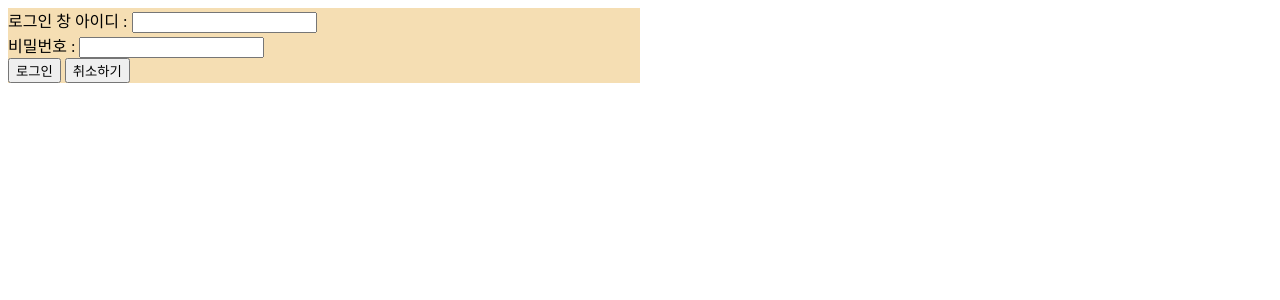
Repository: ineble/demo1
Page: http://localhost/test/hello2.jsp
The author's editor kept a copy of each file at every save. The page is drawn from the files as they stood at one save, then again after the next save.
The browser window is 1280 px wide. The pictures show the whole page.
The page is served by Tomcat 10.

Above is the page before, as saved 2022-08-03 08:38:35.

After the next save:
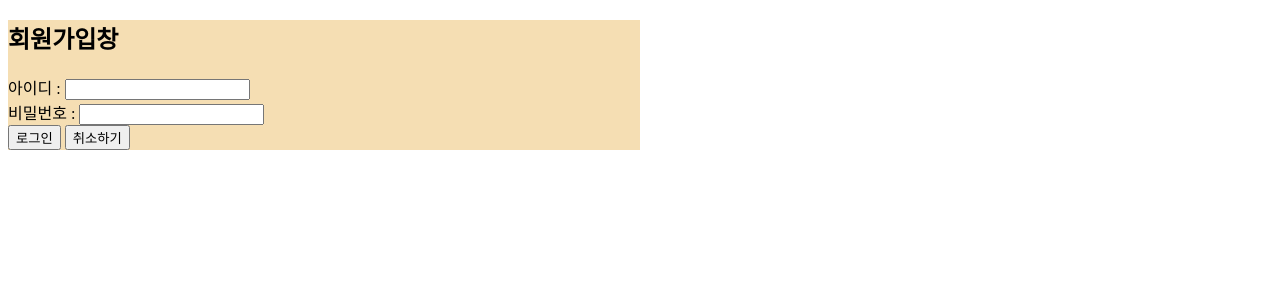
Saved 59 s later.
--- a/test/src/main/webapp/hello2.jsp
+++ b/test/src/main/webapp/hello2.jsp
@@ -22,9 +22,8 @@
 </head>
 <body>
 	<div id="loginForm">
-
+	<h2>회원가입창</h2>
 	<form action="result.jsp" method="post" name="frmLogin" enctype="utf-8">
-	<caption>로그인 창</caption>
 	아이디 : <input type="text" name="user_id" size="20"> <br>
 	비밀번호 : <input type="password" name="user_pw" size="20"> <br>
 	<input type="submit" value="로그인">
